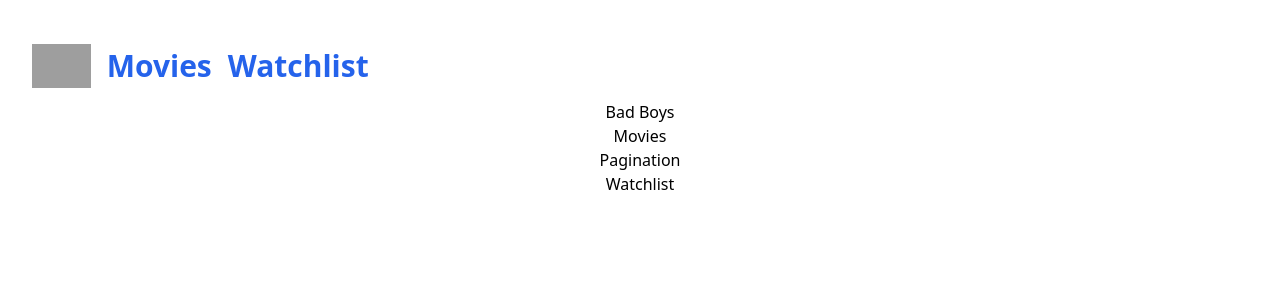
Repository: PrashantPanjwani/JSProjects
Page: / (app in Movies-App/)
An editor plug-in stored every save of this project. The page is shown before and after the next save, followed by the edit.
The browser window is 1280 px wide. The pictures show the whole page.
Pictures or frames that could not be fetched are drawn as grey boxes. The project was rebuilt for these pictures with package versions that can differ from the ones it lists, and the page was loaded fresh each time. Also part of the build but not shown: Movies-App/vite.config.js.

Above is the page before, as saved 2024-08-03 23:36:28.

After the next save:
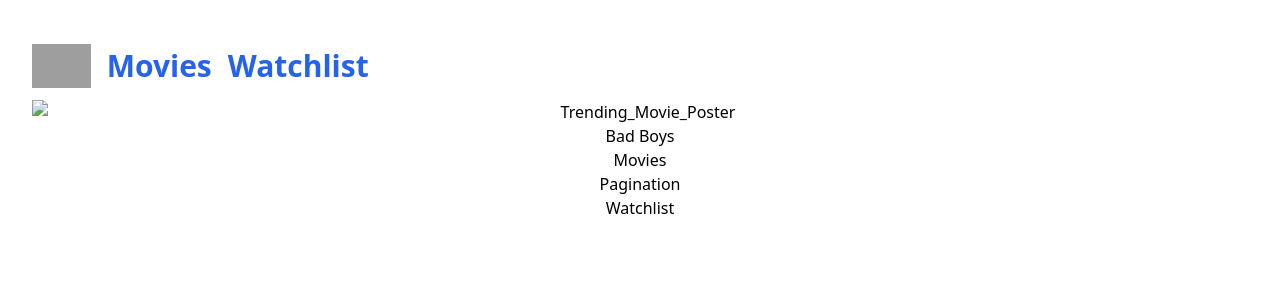
Saved 16 s later.
--- a/Movies-App/src/Components/Banner.jsx
+++ b/Movies-App/src/Components/Banner.jsx
@@ -1,7 +1,7 @@
 export default function Banner(){
     return(
         <div>
-            <img className="h-[35 rem]" src="" alt="" />
+            <img className="h-[35 rem]" src="" alt="Trending_Movie_Poster" />
             <p>Bad Boys</p>
         </div>
     )
